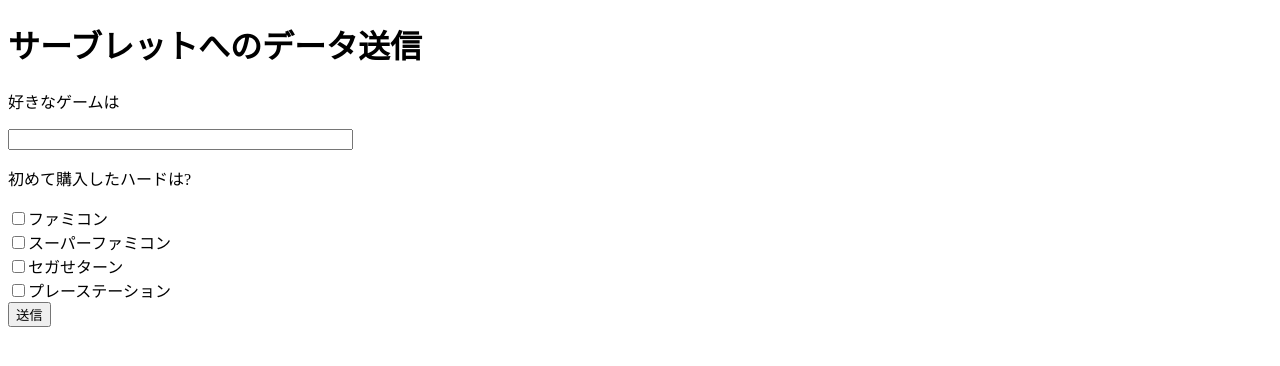
Repository: teamoo24/Java_Servlet_Project
Page: RequestRecvPJ/WebContent/FormSample.html
These files come from the project's save history. The page is drawn as it stood at one moment and after the next save; the edit follows.
The browser window is 1280 px wide. The pictures show the whole page.

Above is the page before, as saved 2019-05-15 14:03:18.

After the next save:
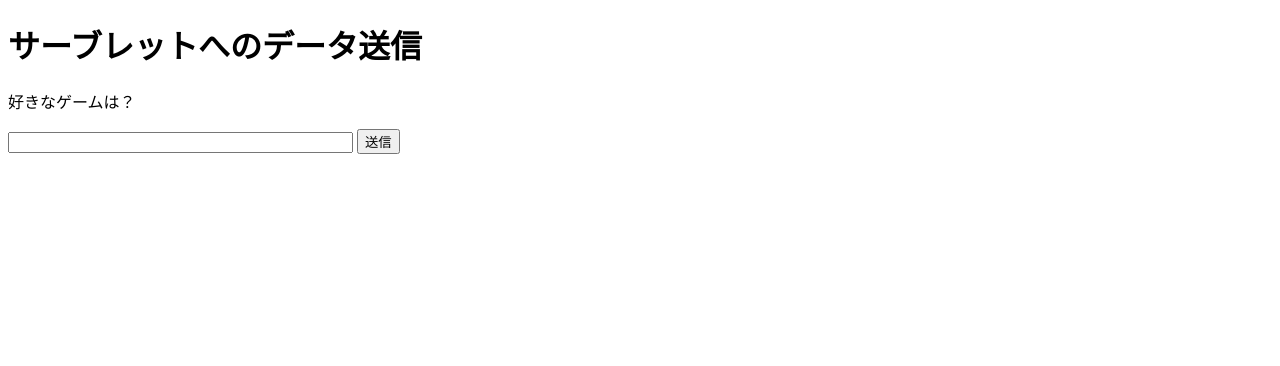
Saved 12 h 55 min later.
--- a/RequestRecvPJ/WebContent/FormSample.html
+++ b/RequestRecvPJ/WebContent/FormSample.html
@@ -7,13 +7,8 @@
 <body>
 <h1>サーブレットへのデータ送信</h1>
 <form action="RequestRecv" method="GET">
-<p>好きなゲームは</p>
-<input type="TEXT" name="GAME" size=40>
-<p>初めて購入したハードは?</p>
-<input type="checkbox" name="Hard" value="ファミコン">ファミコン<br/>
-<input type="checkbox" name="Hard" value="スーパーファミコン">スーパーファミコン<br/>
-<input type="checkbox" name="Hard" value="セガせターン">セガせターン<br/>
-<input type="checkbox" name="Hard" value="プレーステーション">プレーステーション<br/>
+<p>好きなゲームは？</p>
+<input type="TEXT" name="Game" size=40>
 <input type="submit" value="送信">
 </form>
 </body>
